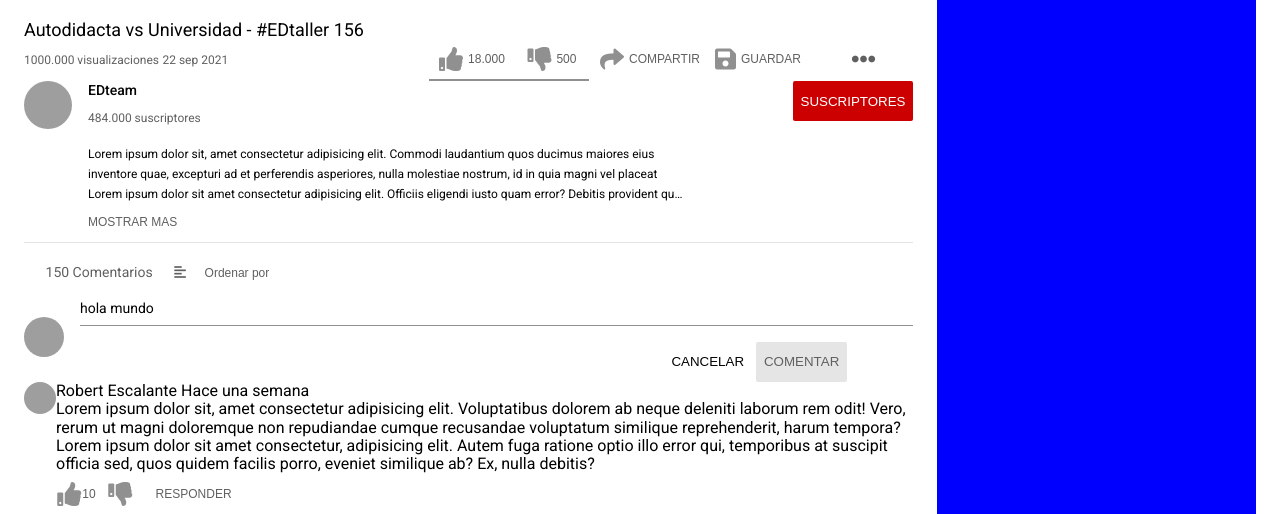
Repository: RobertAries28/ClonYoutube
Page: video.html
These files come from the project's save history. The page is drawn as it stood at one moment and after the next save; the edit follows.
The browser window is 1280 px wide. The pictures show the part of the page from y = 580 to 1094 px (the page is 1094 px tall).
Pictures or frames that could not be fetched are drawn as grey boxes. Some web libraries are served in a nearby version.

Above is the page before, as saved 2021-09-26 10:57:10.

After the next save:
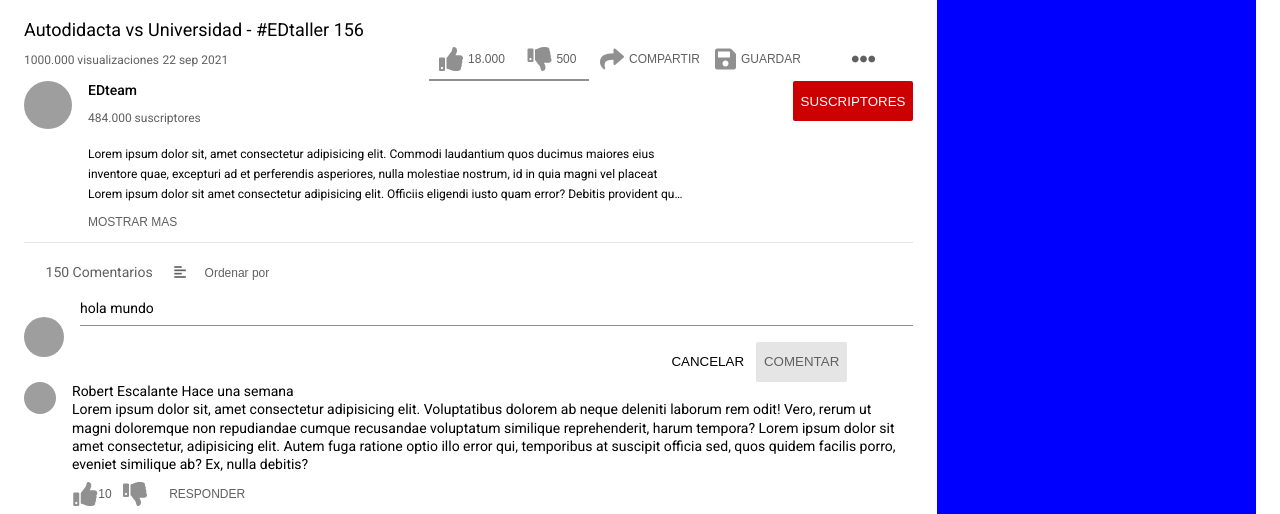
Saved 49 s later.
--- a/style.css
+++ b/style.css
@@ -730,3 +730,8 @@ hr.big{
 .solo{
     width: 100%;
 }
+
+.comment{
+    gap: 1rem;
+    font-size: var(--small-font-size);
+}
